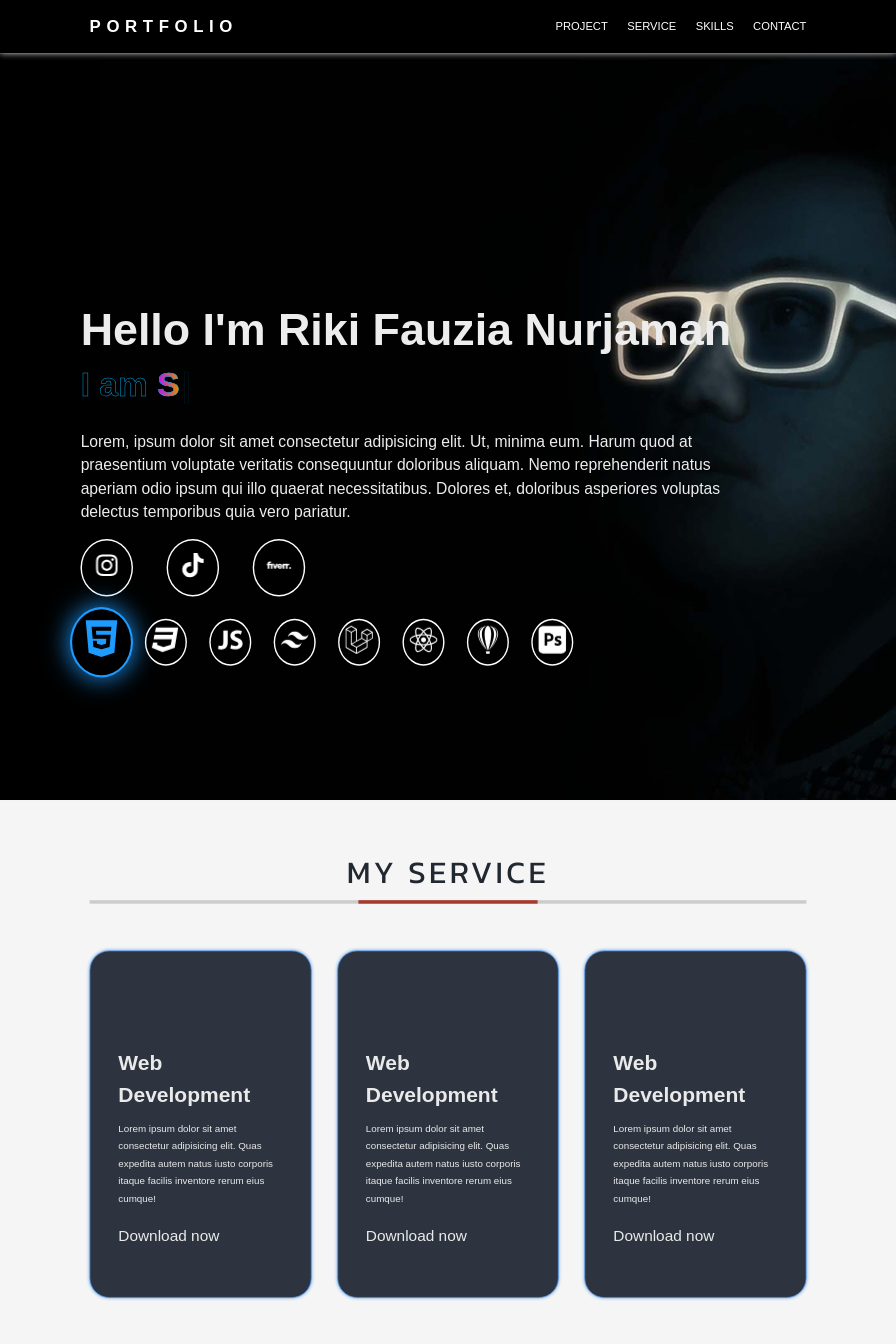
Repository: sellayspy/Portofolio
Page: /
The author's editor kept a copy of each file at every save. The page is drawn from the files as they stood at one save, then again after the next save.
The browser window is 1280 px wide. The pictures show the part of the page from y = 0 to 1920 px (the page is 5990 px tall), at 70% of full size.
The pointer rests on the first visible `.mySkill a`.
The project was rebuilt for these pictures with package versions that can differ from the ones it lists, and the page was loaded fresh each time. Also part of the build but not shown: vite.config.js, src/styles/DetailPortfolio.css, src/components/ScrollToTop.jsx, src/pages/DetailPortfolio.jsx, src/pages/PagesNotFound.jsx.

Above is the page before, as saved 2024-09-16 22:26:00.

After the next save:
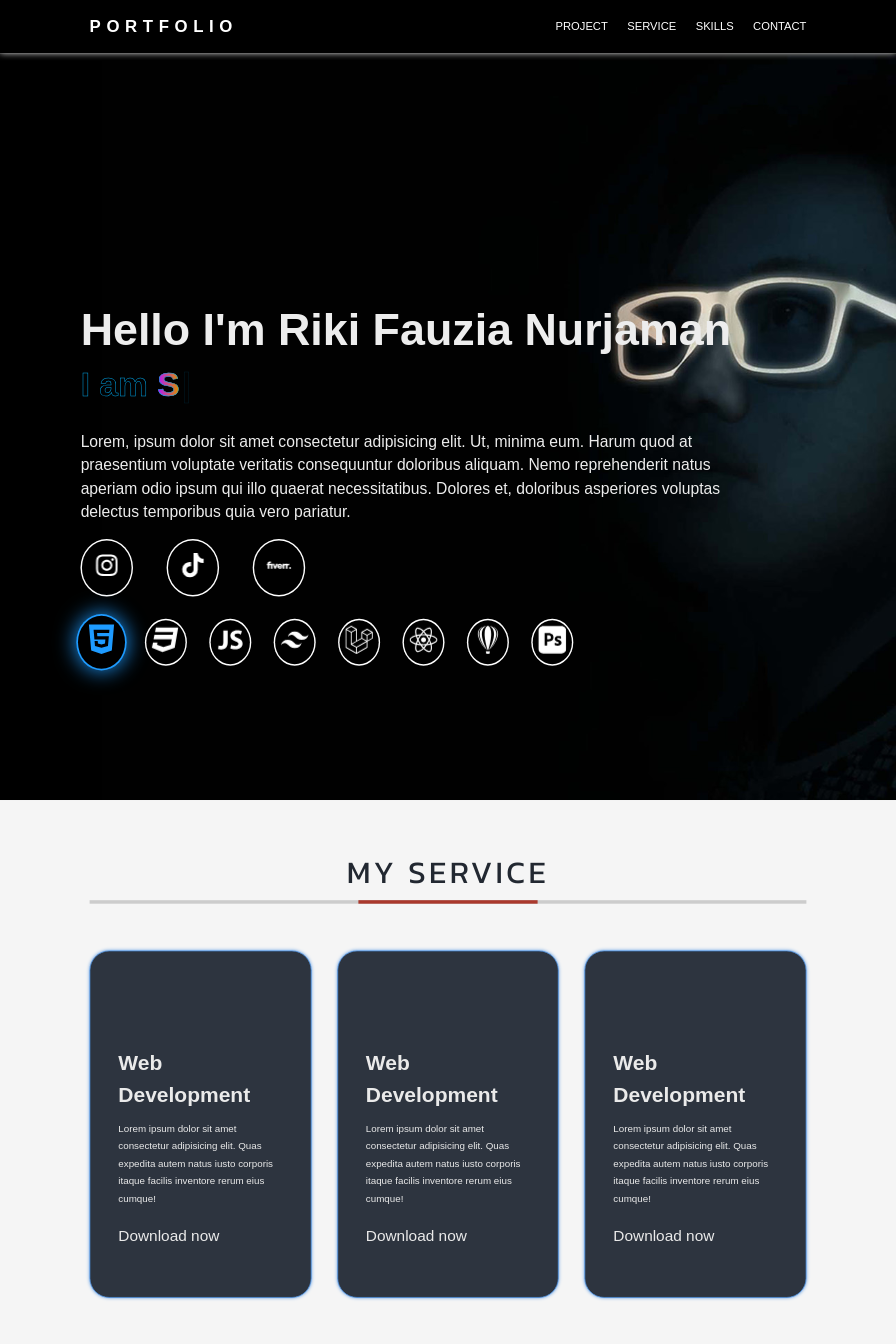
Saved 53 s later.
--- a/src/styles/Header.css
+++ b/src/styles/Header.css
@@ -118,7 +118,7 @@ header {
   background: #1e9bff;
   color: #1e9bff;
   box-shadow: 0 0 25px #1e9bff;
-  transform: scale(1.5) rotate(360deg);
+  transform: scale(1.2) rotate(360deg);
 }
 .mySkill a::before {
   content: "";
